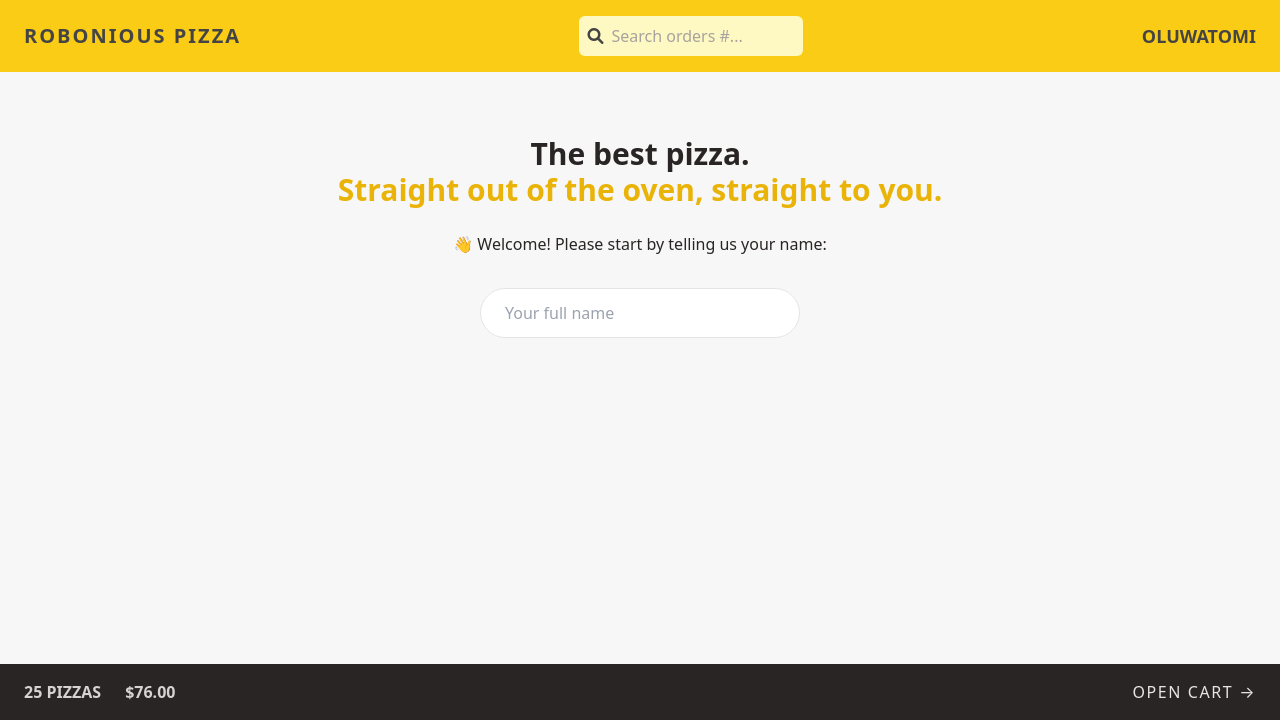
Repository: Alexro04/fast-food
Page: / (app in fast-food/)
These files come from the project's save history. The page is drawn as it stood at one moment and after the next save; the edit follows.
The browser window is 1280 px wide. The pictures show the whole page.
The project was rebuilt for these pictures with package versions that can differ from the ones it lists, and the page was loaded fresh each time. Also part of the build but not shown: fast-food/vite.config.js, fast-food/src/ui/Button.jsx, fast-food/src/ui/Loading.jsx, fast-food/src/utils/helpers.js, fast-food/src/features/cart/CartItem.jsx, fast-food/src/features/cart/Cart.jsx, fast-food/src/utils/apiRestaurant.js, fast-food/src/features/order/OrderItem.jsx and 5 more.

Above is the page before, as saved 2025-03-14 19:37:05.

After the next save:
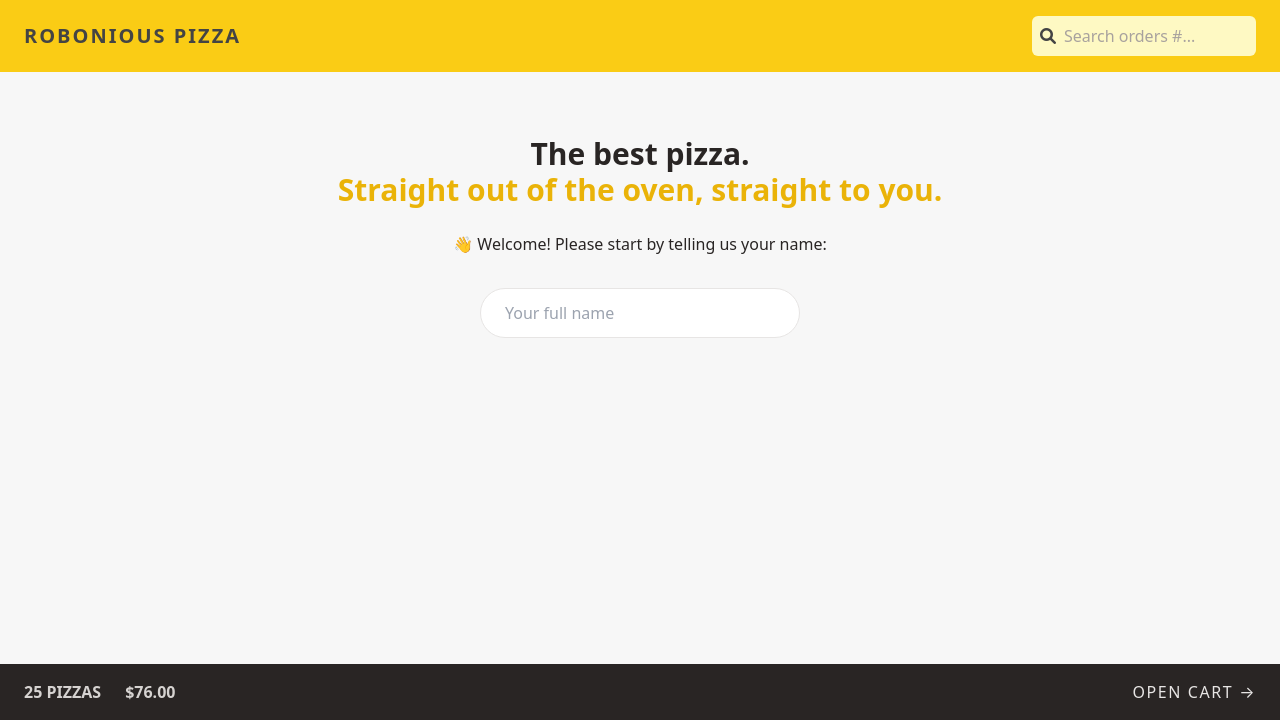
Saved 28 s later.
--- a/fast-food/src/features/user/userSlice.js
+++ b/fast-food/src/features/user/userSlice.js
@@ -23,7 +23,7 @@
 import { createSlice } from "@reduxjs/toolkit";
 
 const initialState = {
-  username: "Oluwatomi",
+  username: "",
 };
 
 const userSlice = createSlice({

After the save that followed:
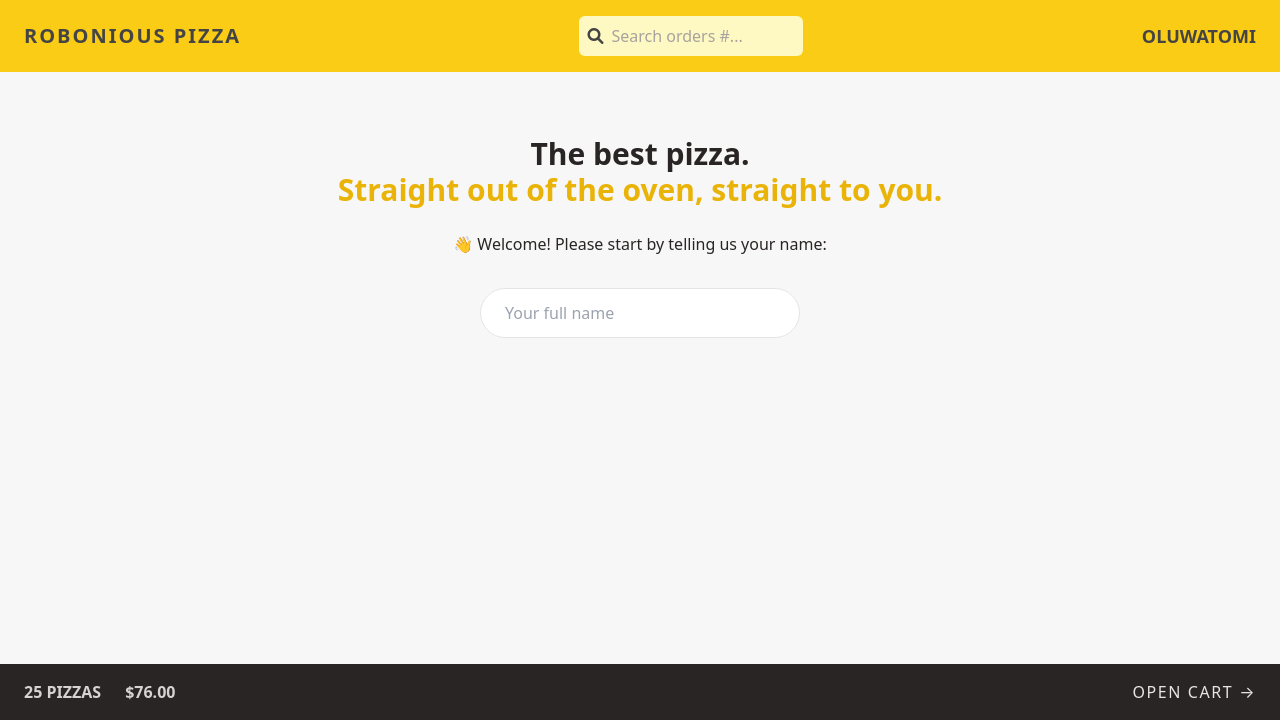
Saved 33 s later.
--- a/fast-food/src/features/user/userSlice.js
+++ b/fast-food/src/features/user/userSlice.js
@@ -23,7 +23,7 @@
 import { createSlice } from "@reduxjs/toolkit";
 
 const initialState = {
-  username: "",
+  username: "Oluwatomi",
 };
 
 const userSlice = createSlice({
